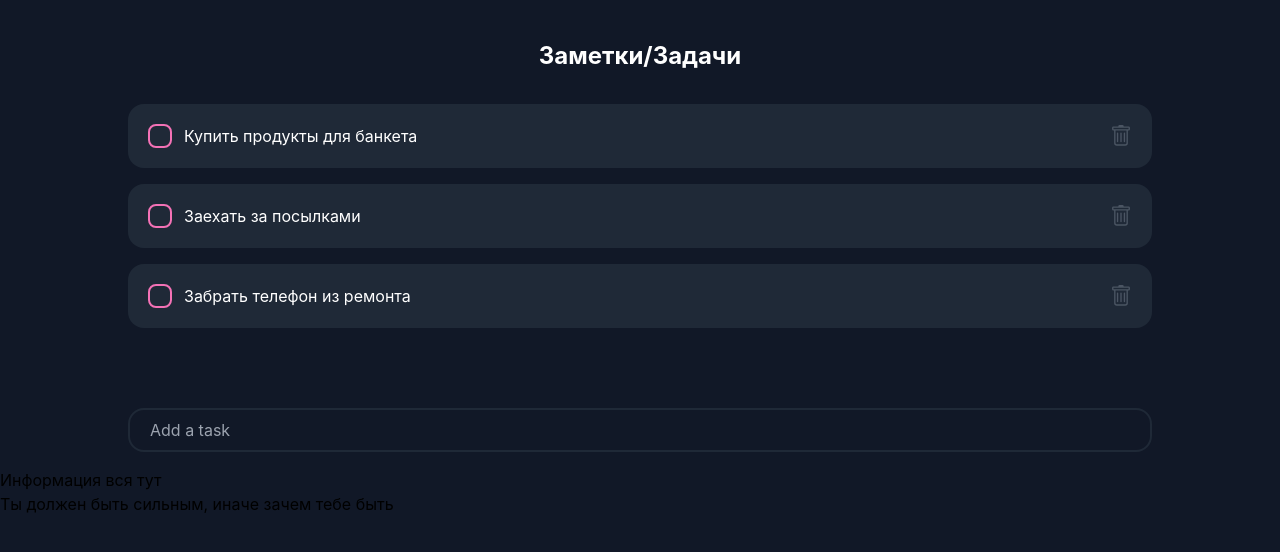
Repository: VachArt/react-exam-work
Page: /
The author's editor kept a copy of each file at every save. The page is drawn from the files as they stood at one save, then again after the next save.
The browser window is 1280 px wide. The pictures show the whole page.
The project was rebuilt for these pictures with package versions that can differ from the ones it lists, and the page was loaded fresh each time.

Above is the page before, as saved 2022-04-27 23:00:07.

After the next save:
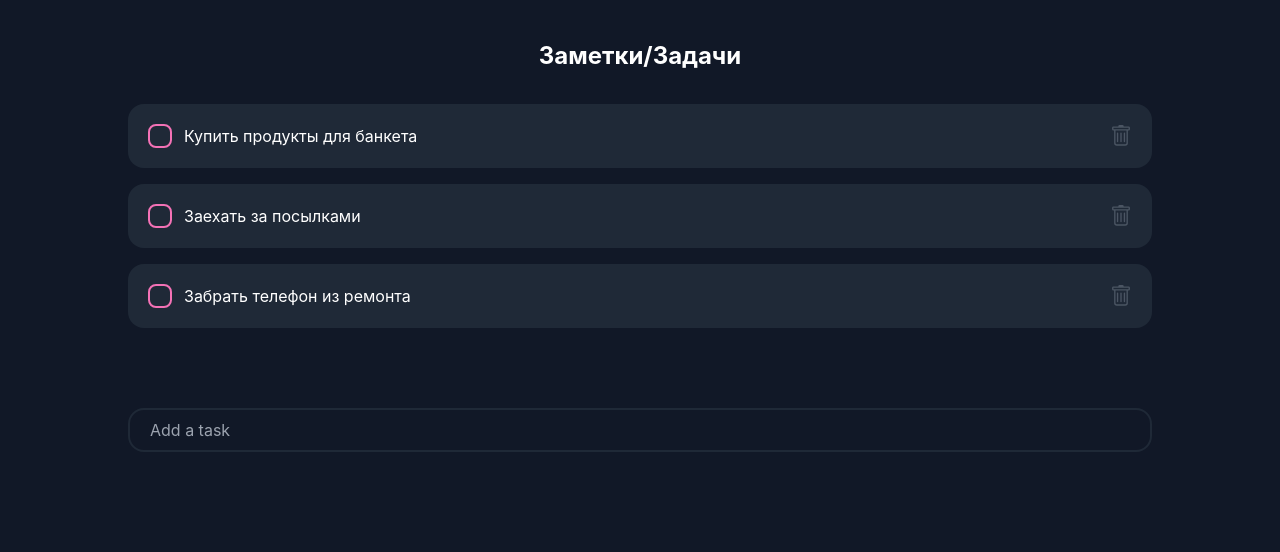
Saved 16 s later.
--- a/src/index.jsx
+++ b/src/index.jsx
@@ -10,7 +10,6 @@ root.render(
   <React.StrictMode>
     <Layout>
       <Home />
-      <About />
     </Layout>
   </React.StrictMode>
 );
